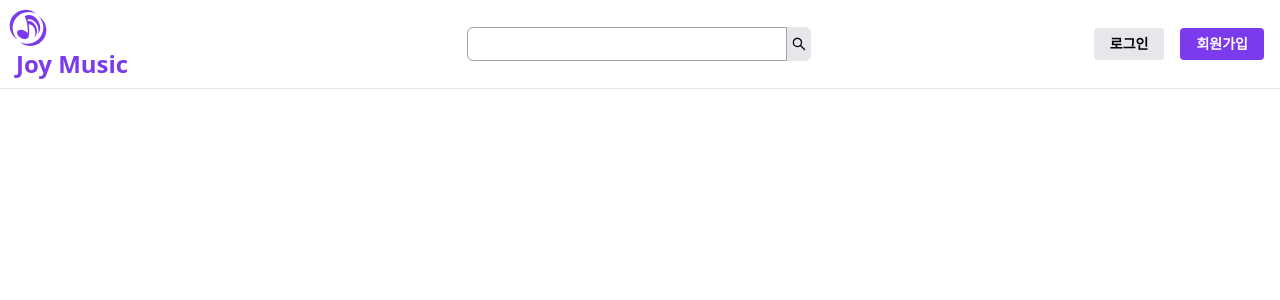
Repository: momo0170/joy-music
Page: /
The author's editor kept a copy of each file at every save. The page is drawn from the files as they stood at one save, then again after the next save.
The browser window is 1280 px wide. The pictures show the whole page.
The project was rebuilt for these pictures with package versions that can differ from the ones it lists, and the page was loaded fresh each time. Also part of the build but not shown: src/App.css, src/App.js.

Above is the page before, as saved 2023-09-24 15:56:50.

After the next save:
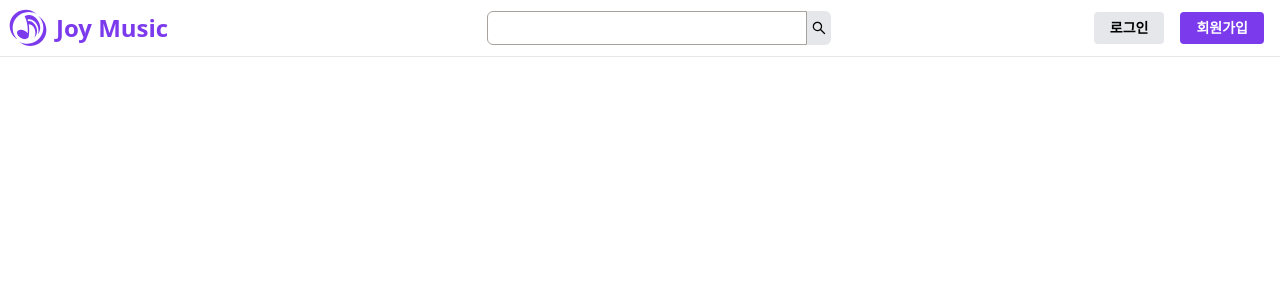
Saved 26 s later.
--- a/src/components/Header.jsx
+++ b/src/components/Header.jsx
@@ -6,7 +6,7 @@ import { Link } from 'react-router-dom';
 export default function Header() {
   return (
     <header className="flex justify-between p-2 border-b h-13 items-center">
-      <Link>
+      <Link to="/" className="flex items-center">
         <GiMusicSpell
           size="40"
           color="#7c3aed"
